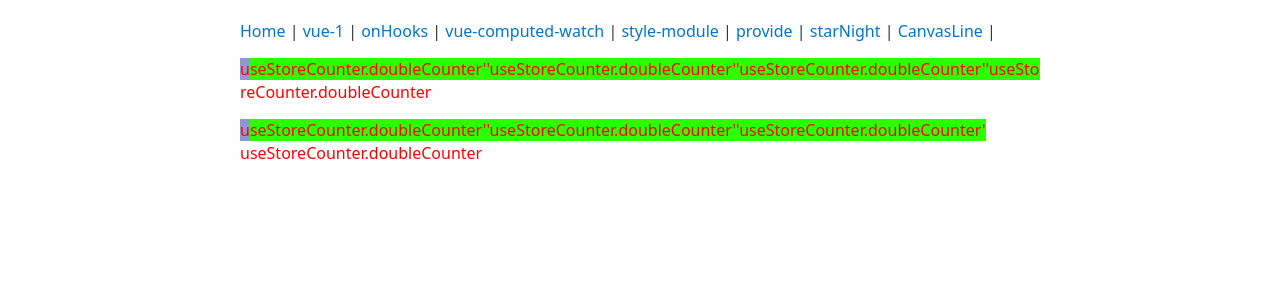
Repository: 596178924/vue3-ts-html
Page: /
These files come from the project's save history. The page is drawn as it stood at one moment and after the next save; the edit follows.
The browser window is 1280 px wide. The pictures show the whole page.
The project was rebuilt for these pictures with package versions that can differ from the ones it lists, and the page was loaded fresh each time. Also part of the build but not shown: vue.config.js.

Above is the page before, as saved 2022-02-15 16:35:52.

After the next save:
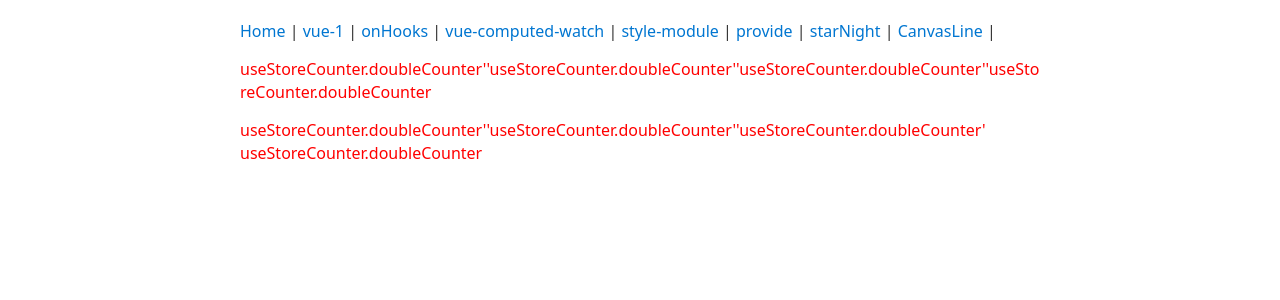
Saved 10 s later.
--- a/src/views/Home.vue
+++ b/src/views/Home.vue
@@ -15,19 +15,19 @@
 <style lang="scss" scoped>
 .red {
 	color: #ff0000;
-	&::selection {
-		color: gold;
-		background-color: #0011ff;
-	}
-	&::first-line {
-		background-color: #2bff00;
-	}
-	&::first-letter {
-		background-color: #9196d1;
-	}
-	&::cue(span) {
-		color: #fff;
-		background-color: rgba(0, 0, 0, 1);
-	}
+	// &::selection {
+	// 	color: gold;
+	// 	background-color: #0011ff;
+	// }
+	// &::first-line {
+	// 	background-color: #2bff00;
+	// }
+	// &::first-letter {
+	// 	background-color: #9196d1;
+	// }
+	// &::cue(span) {
+	// 	color: #fff;
+	// 	background-color: rgba(0, 0, 0, 1);
+	// }
 }
 </style>
